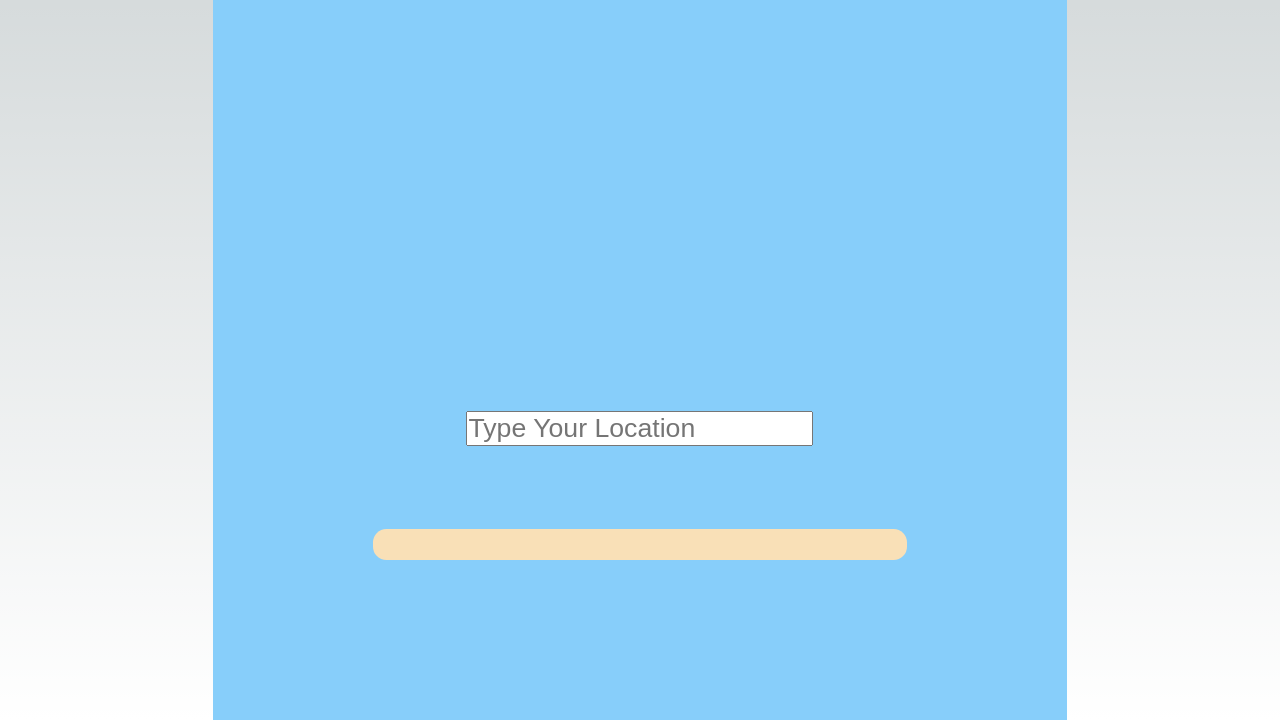
Repository: Heidingg/weather_app
Page: /
These files come from the project's save history. The page is drawn as it stood at one moment and after the next save; the edit follows.
The browser window is 1280 px wide. The pictures show the whole page.
The project was rebuilt for these pictures with package versions that can differ from the ones it lists, and the page was loaded fresh each time. The framework's server and built-in components were replaced by stand-ins that run in the browser. Also part of the build but not shown: next.config.js.

Above is the page before, as saved 2023-01-19 22:46:09.

After the next save:
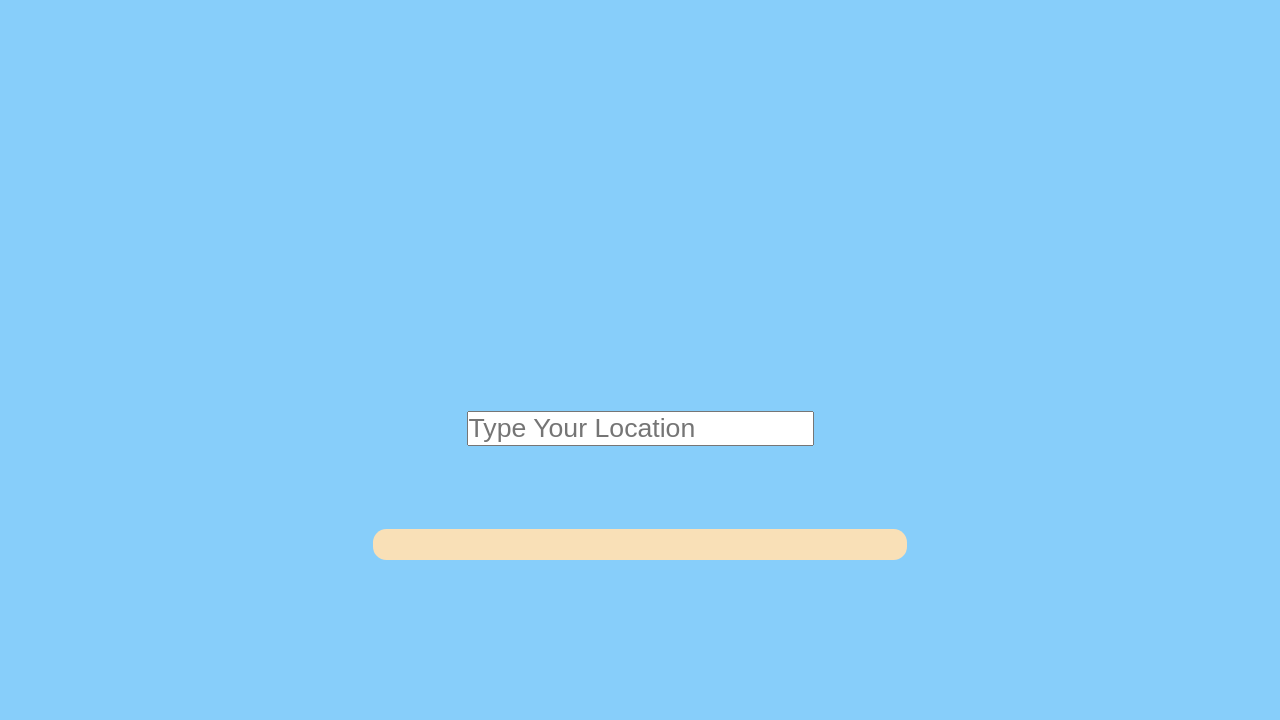
Saved 84 s later.
--- a/styles/globals.css
+++ b/styles/globals.css
@@ -87,6 +87,8 @@
   background-color: lightblue;
 }
 
+.input ::placeholder
+
 html,
 body {
   max-width: 100vw;

After the save that followed:
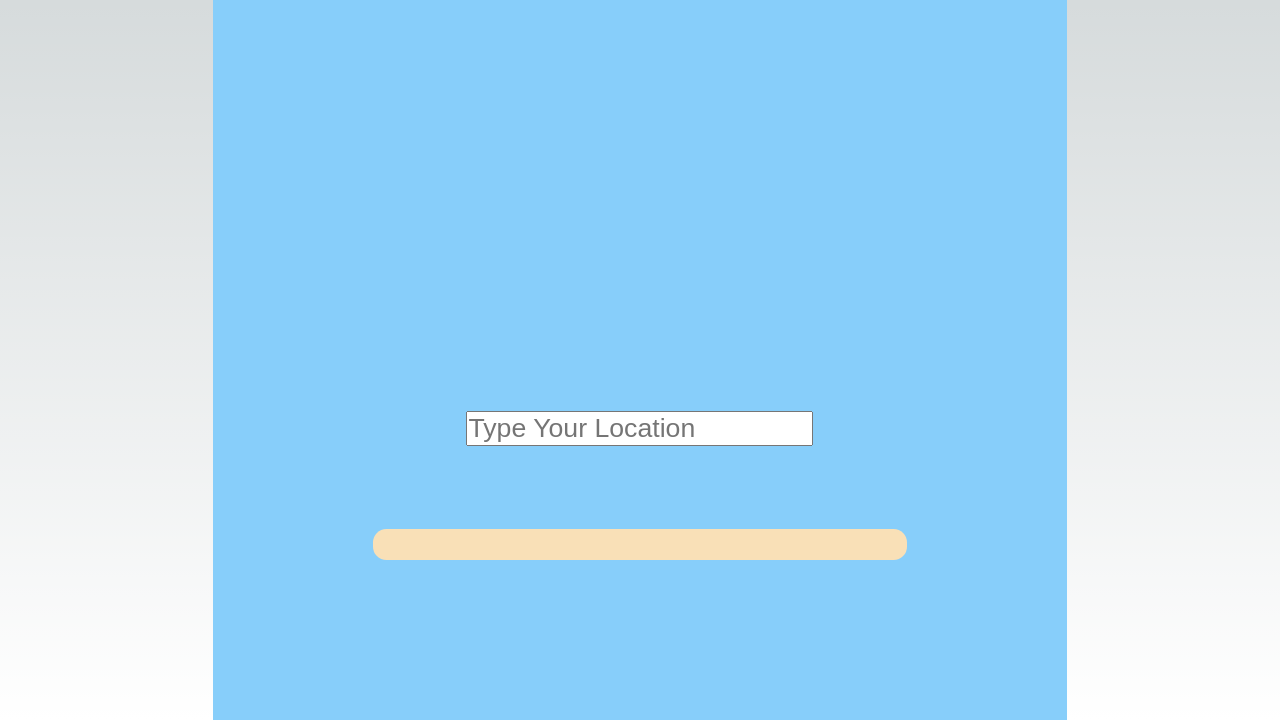
Saved 14 s later.
--- a/styles/globals.css
+++ b/styles/globals.css
@@ -87,7 +87,7 @@
   background-color: lightblue;
 }
 
-.input ::placeholder
+.input
 
 html,
 body {
